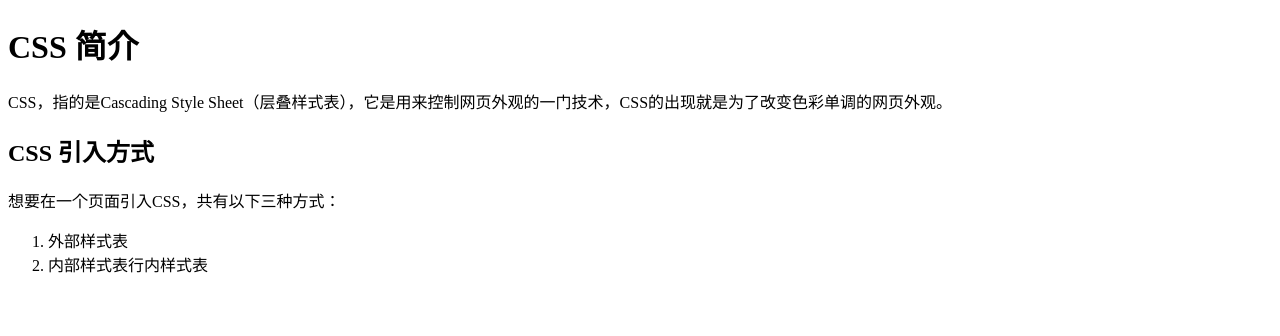
Repository: liang-n/front-end-basics
Page: 11-CSS简介.html
These files come from the project's save history. The page is drawn as it stood at one moment and after the next save; the edit follows.
The browser window is 1280 px wide. The pictures show the whole page.

Above is the page before, as saved 2022-05-15 20:35:53.

### 11-CSS简介.html
<!DOCTYPE html>

<head>
    <meta charset="UTF-8">
    <title>11-CSS简介</title>
</head>

<body>
    <h1>CSS 简介</h1>

    <p>CSS，指的是Cascading Style Sheet（层叠样式表），它是用来控制网页外观的一门技术，CSS的出现就是为了改变色彩单调的网页外观。</p>

    <h2>CSS 引入方式</h2>

    <p>想要在一个页面引入CSS，共有以下三种方式：</p>
    <ol>
        <li>外部样式表</li>
        <li>内部样式表行内样式表</li>
    </ol>
</body>

</html>

After the next save:
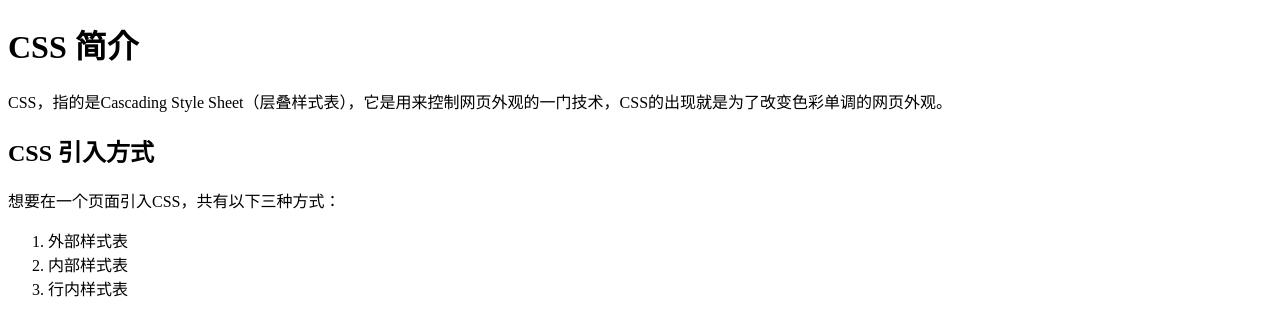
Saved 4 s later.
--- a/11-CSS简介.html
+++ b/11-CSS简介.html
@@ -15,7 +15,8 @@
     <p>想要在一个页面引入CSS，共有以下三种方式：</p>
     <ol>
         <li>外部样式表</li>
-        <li>内部样式表行内样式表</li>
+        <li>内部样式表</li>
+        <li>行内样式表</li>
     </ol>
 </body>
 
